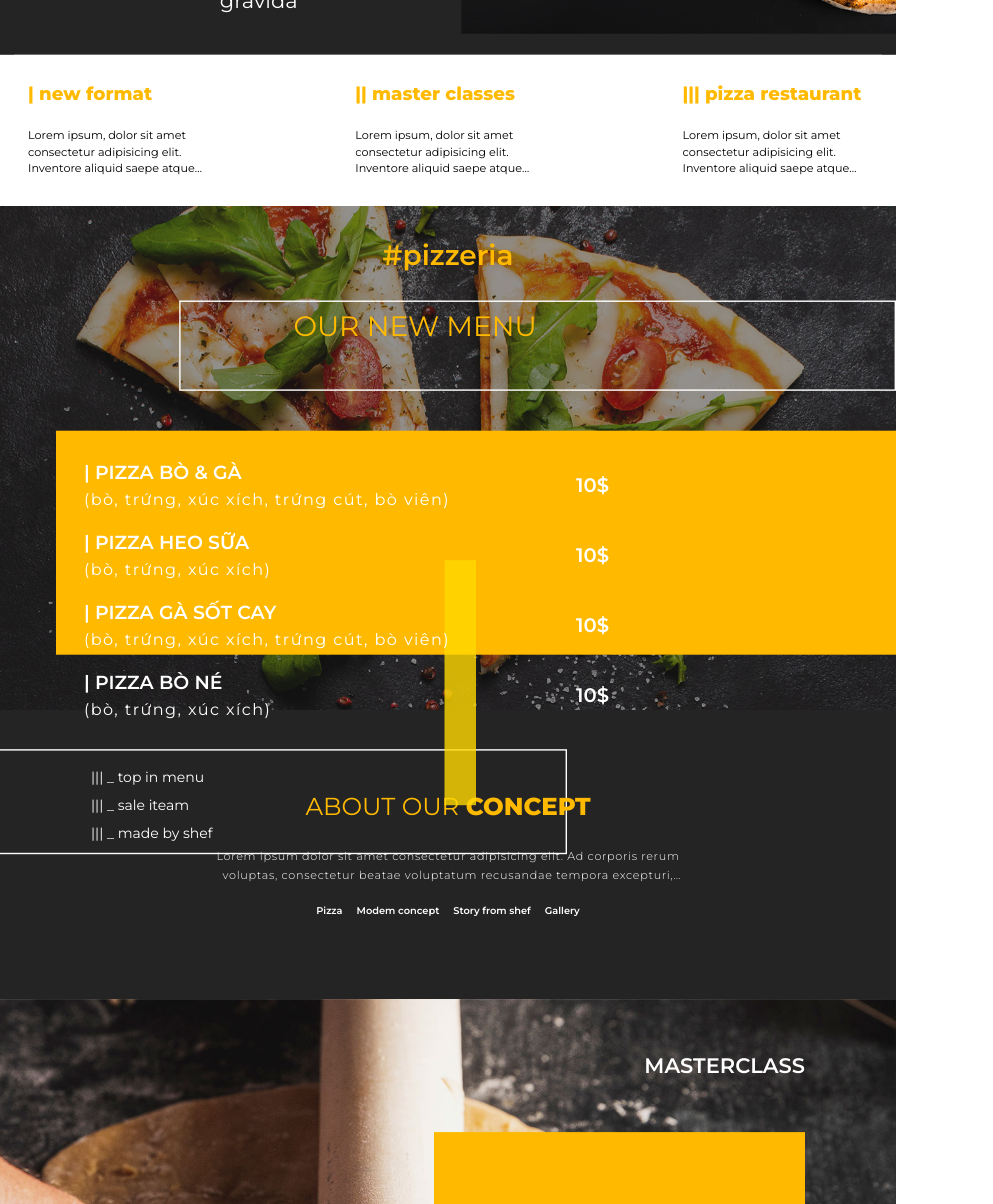
Repository: phu1204/pizzeria.github.io
Page: index.html
An editor plug-in stored every save of this project. The page is shown before and after the next save, followed by the edit.
The browser window is 1280 px wide. The page is 1419 px wide, so the pictures cover 1419 px, including what lies to the right of the window. The pictures show the part of the page from y = 1145 to 2865 px (the page is 4798 px tall), at 70% of full size.
The style sheet was rebuilt from its Sass, Less or Tailwind sources for each picture, by a compiler version that may differ from the author's.

Above is the page before, as saved 2021-07-29 22:01:26.

### index.html
<!DOCTYPE html>
<html lang="en">
  <head>
    <meta charset="UTF-8" />
    <meta http-equiv="X-UA-Compatible" content="IE=edge" />
    <meta name="viewport" content="width=device-width, initial-scale=1.0" />
    <title>#pizzeria</title>
    <link rel = "icon" href =
    "images/pizza.png"
            type = "image/x-icon">
    <link rel="preconnect" href="https://fonts.googleapis.com">
    <link rel="preconnect" href="https://fonts.gstatic.com" crossorigin>
    <link href="https://fonts.googleapis.com/css2?family=Montserrat:wght@300;400;600;800&display=swap" rel="stylesheet">
    <link rel="stylesheet" href="https://cdnjs.cloudflare.com/ajax/libs/font-awesome/5.15.3/css/all.min.css">
    <link rel="stylesheet" href="reset.css">
    <link rel="stylesheet" href="style.css">

  </head>
  <body>
      <div class="wrapper">
        <div class="container">
          <header id="header" class="header">
             <a href="#" class="header-logo">#pizzeria.</a>
             <nav class="header-menu">
               <ul class="header-list">
                 <li class="header-item"><a href="#menu" class="header-link">Menu</a></li>
                 <li class="header-item"><a href="#blog" class="header-link">Blog</a></li>
                 <li class="header-item"><a href="#about" class="header-link">About us</a></li>
                 <li class="header-item"><a href="#contact" class="header-link">Contacts</a></li>

               </ul>
               <i class="fas fa-times header-times"></i>
             </nav>
             <div class="header-info">
                <button href="" class="header-icon icon-search"><i class="fas fa-search"></i></button>
                <a href="" class="header-icon"><i class="fas fa-user"></i></a>
                <a href="" class="header-icon"><i class="fas fa-shopping-cart"></i></a>
             </div>
             <div class="header-bar">
                <i class="fas fa-bars"></i>
             </div>

             <div class="header-search">
                <input type="text" class="header-input" placeholder="Search">
             </div>
          </header>

          <section class="intro">
            <div class="intro-content">
              <div class="intro-title">
                <span class="intro-name intro--grand">grand</span>
                <span class="intro-name intro--opening">opening</span>
              </div>
              <a href="" class="button intro-button">read more</a>
            </div>
          </section>
        </div>

          <section  class="format">

            <div class="format-top">
                <div class="format-content">
                    <div class="format-title">new format</div>
                    <div class="format-info">
                      <h2 class="format-new">What new?</h2>
                      <ul class="format-list">
                        <li class="format-item">| Sed do eiusmod tempor incididunt ut Labore et</li>
                        <li class="format-item">| Dolore magna aliqua</li>
                        <li class="format-item">| Quis ipsum suspendisse ultrices gravida</li>
                      </ul>
                    </div>
                </div>
                <img src="images/format.png" alt="" class="format-img">
            </div>

            <div class="format-bottom  reveal">
              <div class="format-column">
                <h3 class="format-head">| new format</h3>
                <p class="fotmat-desc text">Lorem ipsum, dolor sit amet consectetur adipisicing elit. Inventore aliquid saepe atque quaerat ipsam tempore, quae perferendis laudantium esse architecto quas sint quia beatae id alias, sed dicta reprehenderit asperiores.</p>
              </div>
              <div class="format-column">
                <h3 class="format-head">|| master classes</h3>
                <p class="fotmat-desc text">Lorem ipsum, dolor sit amet consectetur adipisicing elit. Inventore aliquid saepe atque quaerat ipsam tempore, quae perferendis laudantium esse architecto quas sint quia beatae id alias, sed dicta reprehenderit asperiores.</p>
              </div>
              <div class="format-column">
                <h3 class="format-head">||| pizza restaurant</h3>
                <p class="fotmat-desc text">Lorem ipsum, dolor sit amet consectetur adipisicing elit. Inventore aliquid saepe atque quaerat ipsam tempore, quae perferendis laudantium esse architecto quas sint quia beatae id alias, sed dicta reprehenderit asperiores.</p>
              </div>
            </div>

          </section>

          <section id="menu" class="menu">
            <div class="menu-heading">
              <h2 class="menu-title  reveal">#pizzeria</h2>
              <p class="menu-order  reveal">our new menu</p>
            </div>
            <div class="menu-list  reveal">
              <div class="menu-item">
                <div class="menu-name">
                    <h3 class="menu-name-order"> | pizza bò & gà</h3>
                    <p class="menu-desc">(bò, trứng, xúc xích, trứng cút, bò viên)</p>
                </div>
                <p class="menu-price">10$</p>
              </div>
              <div class="menu-item">
                <div class="menu-name">
                    <h3 class="menu-name-order">| pizza heo sữa</h3>
                    <p class="menu-desc">(bò, trứng, xúc xích)</p>
                </div>
                <p class="menu-price">10$</p>
              </div>
              <div class="menu-item">
                <div class="menu-name">
                    <h3 class="menu-name-order">| pizza gà sốt cay</h3>
                    <p class="menu-desc">(bò, trứng, xúc xích, trứng cút, bò viên)</p>
                </div>
                <p class="menu-price">10$</p>
              </div>
              <div class="menu-item">
               <div class="menu-name">
                    <h3 class="menu-name-order">| pizza bò né</h3>
                    <p class="menu-desc">(bò, trứng, xúc xích)</p>
                </div>
                <p class="menu-price">10$</p>
              </div>
           </div>
           <div class="menu-bottom reveal">
             <p class="menu-hightlight">||| _ top in menu</p>
             <p class="menu-hightlight">||| _ sale iteam</p>
             <p class="menu-hightlight">||| _ made by shef</p>
           </div>

          </section>

          <section id="about"  class="about">
              <div class="about-body">
                <h2 class="about-title reveal">about our <span>concept</span></h2>
                <p class="about-desc text reveal">Lorem ipsum dolor sit amet consectetur adipisicing elit. Ad corporis rerum voluptas, consectetur beatae voluptatum recusandae tempora excepturi, temporibus quo veritatis ratione atque accusantium ea delectus eos harum culpa enim!</p>
                <ul class="about-list reveal">
                  <li class="about-item"><a href="">Pizza</a></li>
                  <li class="about-item"><a href="">Modem concept</a></li>
                  <li class="about-item"><a href="">Story from shef</a></li>
                  <li class="about-item"><a href="">Gallery</a></li>
                </ul>
              </div>
          </section>

          <section id="blog" class="class">
            <div class="class-content">
              <div class="class-name">
                <h1 class="class-caption reveal">masterclass</h1>
              </div>
              <div class="class-body reveal">
                <h2 class="class-heading">| the recipe for the most delicious pizza dough |</h2>
                <p class="class-desc">waiting for you</p>
                <div class="class-price">
                  <p class="class-info">price_<span>15$</span></p>
                  <p class="class-info">12:00-15:00</p>
                </div>
              </div>
                <a href="" class="class-button reveal">apply</a>
            </div>
          </section>

          <section id="contact" class="gallery ">
            <h2 class="gallery-heading reveal">gallery</h2>
            <div class="gallery-img ">
              <img src="./images/pizzaleft.jpg" alt="" class="gallery-img-item reveal">
              <img src="./images/pizzacenter.jpg" alt="" class="gallery-img-item reveal">
              <img src="./images/pizzaright.jpg" alt="" class="gallery-img-item reveal">
            </div>

            <div class="gallery-bottom">
              <h2 class="gallery-title">#pizzeria.</h2>
              <div class="gallery-content">
                <div class="gallery-desc reveal">Lorem ipsum dolor sit amet consectetur, adipisicing. Dolores dolorum, quia consectetur iste officia eligendi! consectetur nemo, reiciendis repudiandae nesciunt dolor id numquam laborum temporibus fuga</div>

              <div class="gallery-contact">
                <div class="gallery-social reveal">
                  <p class="gallery-block">| find us here</p>
                  <div class="gallery-link">
                    <i class="fab fa-instagram"></i>

                    <i class="fab fa-facebook"></i>

                    <i class="fab fa-twitter"></i>

                    <i class="fab fa-whatsapp"></i>

                    <i class="fab fa-google"></i>
                  </div>

                </div>

                <div class="gallery-info reveal">
                  <p class="gallery-block">| ask us here</p>
                  <a href="" class="gallery-web">www.#pizzeria.com</a>

                </div>
              </div>
            </div>
          </div>
          </section>

          <a href="#" class="ontop" >
            <i class="fas fa-arrow-up"></i>
          </a>

          <footer id="footer" class="footer ">
            <div class="footer-about footer-repon reveal">
              <h3 class="footer-title">about</h3>
              <p class="footer-desc text">
                Lorem ipsum dolor, sit amet consectetur adipisicing elit. Amet magnam laudantium fuga sed aliquid doloremque quos repellendus quis. Est non laboriosam incidunt recusandae, sed natus dignissimos eaque pariatur culpa esse.
              </p>

            </div>

              <div class="footer-item footer-repon reveal">
                <h3 class="footer-title">menu</h3>

                <ul>
                  <li class="footer-link"><a href="" class="footer-item-link">Team</a></li>
                  <li class="footer-link"><a href="" class="footer-item-link">Join us</a></li>
                  <li class="footer-link"><a href="" class="footer-item-link">Ethic</a></li>
                  <li class="footer-link"><a href="" class="footer-item-link">Goals</a></li>
                </ul>
              </div>

              <div class="footer-item footer-repon reveal">
                <h3 class="footer-title">shef</h3>
                <ul>
                  <li class="footer-link"><a href="" class="footer-item-link">Team</a></li>
                  <li class="footer-link"><a href="" class="footer-item-link">Join us</a></li>
                  <li class="footer-link"><a href="" class="footer-item-link">Ethic</a></li>
                  <li class="footer-link"><a href="" class="footer-item-link">Goals</a></li>
                </ul>
              </div>

              <div class="footer-item footer-repon reveal">
                <h3 class="footer-title">contact</h3>
                <ul>
                  <li class="footer-link"><a href="" class="footer-item-link">Team</a></li>
                  <li class="footer-link"><a href="" class="footer-item-link">Join us</a></li>
                  <li class="footer-link"><a href="" class="footer-item-link">Ethic</a></li>
                  <li class="footer-link"><a href="" class="footer-item-link">Goals</a></li>
                </ul>
              </div>
        </footer>

      </div>
    <script type="text/javascript" src="https://cdnjs.cloudflare.com/ajax/libs/jquery/3.6.0/jquery.min.js"></script>
    <script src="js/main.js"></script>
    <script src="js/search.js"></script>

  </body>
</html>

### reset.css
html,
body,
div,
span,
applet,
object,
iframe,
h1,
h2,
h3,
h4,
h5,
h6,
p,
blockquote,
pre,
a,
abbr,
acronym,
address,
big,
cite,
code,
del,
dfn,
em,
img,
ins,
kbd,
q,
s,
samp,
small,
strike,
strong,
sub,
sup,
tt,
var,
b,
u,
i,
center,
dl,
dt,
dd,
ol,
ul,
li,
fieldset,
form,
label,
legend,
table,
caption,
tbody,
tfoot,
thead,
tr,
th,
td,
article,
aside,
canvas,
details,
embed,
figure,
figcaption,
footer,
header,
hgroup,
menu,
nav,
output,
ruby,
section,
summary,
time,
mark,
audio,
video {
  margin: 0;
  padding: 0;
  border: 0;
  font-size: 100%;
  font: inherit;
  vertical-align: baseline;
}
/* HTML5 display-role reset for older browsers */
article,
aside,
details,
figcaption,
figure,
footer,
header,
hgroup,
menu,
nav,
section {
  display: block;
}
body {
  line-height: 1;
}
ol,
ul {
  list-style: none;
}
blockquote,
q {
  quotes: none;
}
blockquote:before,
blockquote:after,
q:before,
q:after {
  content: "";
  content: none;
}
table {
  border-collapse: collapse;
  border-spacing: 0;
}
*,
*:before,
*:after {
  box-sizing: border-box;
}
/* using rem unit */
html {
  font-size: 62.5%;
}
a {
  text-decoration: none;
  color: white;
}
img {
  display: block;
  max-width: 100%;
}
body {
  font-family: "Montserrat", sans-serif;
  font-size: 16px;
  line-height: 1;
}
input,
button,
textarea,
select {
  outline: none;
  font-family: "Montserrat", sans-serif;
  font-size: 16px;
  line-height: 1;
}
input {
  line-height: normal;
}
button {
  cursor: pointer;
  border: none;
  outline: none;
  background-color: transparent;
}

### style.scss
@import"scss/global";
@import"scss/header";
@import"scss/variables";
@import"scss/intro";
@import"scss/format";
@import"scss/menu";
@import"scss/about";
@import"scss/class";
@import"scss/gallery";
@import"scss/footer";
@import"scss/animation";

### scss/_global.scss
.container{
  background: url(./images/hero-img.jpg) no-repeat center/cover;
  width: 100%;
  margin: 0 auto;
  height: 100vh;
  position: relative;
}

html{
  scroll-behavior: smooth;
  -webkit-overflow-scrolling: touch;
}

.wrapper{
  max-width: 100%;
  position: relative;

}

.button{
  padding: 20px 40px;
  border: 4px solid #fff;
  font-size: 30px;
  text-transform: uppercase;
  color: white;
  font-weight: 600;
}

.text{
  font-weight: 300;
  font-size: 16px;
  margin-top: 35px;
  line-height: 1.5;
  color: black;
  font-weight: 400;
  display:-webkit-box;
  -webkit-line-clamp:3;
  -webkit-box-orient: vertical;
  overflow: hidden;
  text-overflow: ellipsis;
  word-break: break-word;
}

@media screen and (max-width: 1279px) {
  .container {

      background-position: top;
      height: 960px;
  }
}

@media screen and (max-width: 1023px) {
  .container {
    background-position: top;
    height: 960px;
}
}

@media screen and (max-width: 767px) {
  .container {
    background-size: auto 800px;
    background-position: center;
    height: 800px;
    background-color: #242424;
}
}


.reveal{
  opacity: 0;
  transform: translateY(100%);
  transition: all 0.4s linear;
}

.reveal.active{
  opacity: 1;
  transform: translateY(0);
  transition: all 0.3s linear;
  // .gallery-title::before{
  //     display: none;
  // }
}

.ontop{
  position: fixed;
  right: 60px;
  z-index: 99;
  bottom: 80px;
  width: fit-content;
  background-color: #ffba00;
  border-radius: 100rem;
  cursor: pointer;
  i{
     padding: 18px;
     font-size: 15px;
     color: white;
  }
  display: none;
  animation: bottotop 0.4s linear;
}

@media screen and (max-width: 1023px) {
  .ontop{
    right: 30px;
  }
}

### scss/_variables.scss
$black-gray: #242424;

### scss/_menu.scss
.menu{
  background: url(./images/menu.jpg) no-repeat center/cover;
  width: 100%;
  height: 100vh;
  position: relative;
  display: flex;
  flex-direction: column;
  align-items: center;
  padding: 50px 0;
  color: white;
  &-heading{
      width: 100%;
      text-align: center;
  }
  &-title{
      font-size: 40px;
      color: #ffba00;
      margin-bottom: 45px;
      font-weight: 600;
  }

  &-order{
    font-size: 40px;
    color: #ffba00;
    width: 80%;
    text-align: center;
    padding: 15px 350px 70px 0;
    margin-left: auto;
    border: 2px solid white;
    text-transform: uppercase;
    margin-bottom: 12px;
  }

  &-list {
      width: 1200px;
      margin-left: auto;
      padding: 60px 50px 0 40px;
      margin-bottom: 50px;
      position: relative;
      z-index: 2;
      max-width: 100%;
  }

  &-list::before{
    content: "";
    position: absolute;
    width: 100%;
    height: 320px;
    background-color: #ffba00;
    z-index: -2;
    // transform: translate(-50%,-50%);
    top: 45px;
    left: 0;
    }

    &-list::after{
        content: "";
        position: absolute;
        width: 45px;
        height: 350px;
        background-color: rgba(255, 217, 0, 0.801);

        top: 50%;
        right:  50%;
        z-index: -1;
    }

  &-item{
      display: flex;
      align-items: center;
      justify-content: space-between;
      line-height: 1.5;
      width: 750px;
      max-width: 100%;
  }

  &-desc{
      font-size: 23px;
      letter-spacing: 2px;
  }

  &-name-order{
      text-transform: uppercase;
      font-size: 27px;
      font-weight: 600;
  }

  &-item{
        margin-top: 25px;
  }

  &-price{
      font-size: 28px;
      font-weight: 600;
  }

  &-bottom{
    width: 1100px;
    margin-left: auto;
    padding-top: 20px;

    margin-bottom: 70px;
    position: relative;
    right: 50px;
  }

  &-bottom::before{
    content: "";
    position: absolute;
    background-color: transparent;
    width: 1000px;
    height: 150px;
    border: 2px solid white;
    transform: translate(-32%,-20%);
  }

  &-hightlight{
      font-size: 20px;
  }

  &-hightlight:not(:first-child){
    margin-top: 20px;
}

  @media screen and (max-width: 1279px) {
    height: 80vh;
    &-bottom{
      padding-left: 50px;
      margin-right: auto;
      right: 0;
    }

    &-title{
      margin-bottom: 50px;
    }
    &-order{
      margin-bottom: 40px;
    }

    &-list{
      margin-bottom: 120px;
    }
  }

  @media screen and (max-width: 1023px) {
      height: 85vh;
      &-title{
        margin-bottom: 50px;
      }
      &-order{
        margin-bottom: 0;
        padding: 15px 195px 50px 0;
        font-size: 35px;
      }

      &-name-order{
        font-size: 22px;
      }
      &-list{
        margin-bottom: 70px;
        padding-top: 65px;
      }
      &-list::before{
        height: 280px;
      }
      &-item{
        width: 650px;
        margin-top: 20px;
      }
      &-desc{
        font-size: 18px;
      }
      &-bottom::before{
        width: 750px;
      }

  }

  @media screen and (max-width: 767px) {
    height: 100vh;
    &-heading{
      padding: 0 5px;
    }
    &-order{
      padding: 5px 5px;
      width: 100%;
      font-size: 30px;
    }
    &-desc{
      display: none;
    }
    &-list{
        padding: 50px 25px 0 10px;
        max-width: 100%;
    }
    &-list::after{
      height: 310px;
      top: 10%;
      right: 3%;
    }
    &-bottom{
      max-width: 100%;
    }
    &-bottom::before{
      max-width: 100%;
      transform: none;
      left: 0;
      top: 0;
    }
  }




}

### scss/_about.scss
.about{
    padding: 120px 20px;
    display: flex;
    flex-direction: column;
    justify-content: center;
    align-items: center;
    text-align: center;
    background-color: #242424;
    max-width: 100%;
    &-body{
        width: 700px;
    }
    &-title{
        margin-bottom: 40px;
        font-size: 35px;
        text-transform: uppercase;
        color: #ffba00;
        span{
            font-weight: 800;

        }
    }

    &-desc{
        margin-bottom: 30px;
        font-weight: 200;
        line-height: 1.7;
        display:-webkit-box;
        -webkit-line-clamp:2;
        -webkit-box-orient: vertical;
        overflow: hidden;
        text-overflow: ellipsis;
        word-break: break-word;
        color: white;
        letter-spacing: 1px;
    }

    &-list{
        display: flex;
        align-items: center;
        justify-content: center;
    }

    &-item{
        margin: 0 10px;
        font-size: 14px;
        font-weight: 600;
    }
    @media screen and (max-width: 767px) {
        padding: 100px 20px;
        &-body{
            max-width: 100%;
        }
        &-item{
            font-size: 10px;
        }

    }

}

### scss/_footer.scss
.footer {
  padding: 70px 100px;
  color: white;
  display: flex;
  align-items: center;
  justify-content: center;
  background-color: #483500;
  max-width: 100%;
  flex-wrap: wrap;

  &-about{
      width: 280px;
      margin-right: 180px;
  }

  &-item:not(:last-child){
      margin-right: 150px;
  }
  &-item{
      line-height: 1.5;
  }

  &-desc{
      color: white;
      line-height: 1.5;
  }

  &-title{
      margin-bottom: 35px;
      font-size: 17px;
      font-weight: 600;
      text-transform: uppercase;
  }
  @media screen and (max-width: 767px) {
      padding: 0 0 0 10px;
    //   gap: 10px;
    &-title {
        margin-bottom: 10px;
    }
    &-repon{
        flex: 1 1 50%;
        width: 100%;
        padding: 10px;
    }
    &-about{
        margin-right: 0;
    }
    &-item:not(:last-child){
        margin-right: 0;
    }
  }

}

### scss/_animation.scss
@keyframes lefttoright{
    from{
        opacity: 0;
        transform: translateX(-100%);
    }
    to{
        opacity: 1;
        transform: translateX(0);
     }
}

@keyframes righttoleft{
    from{
        opacity: 0;
        transform: translateX(100%);
    }
    to{
        opacity: 1;
        transform: translateX(0);
     }
}

@keyframes bottotop{
    from{
        opacity: 0;
        transform: translateY(100%);
    }
    to{
        opacity: 1;
        transform: translateX(0);
     }
}

@keyframes toptobot{
    from{
        opacity: 0;
        transform: translateY(-200%);
    }
    to{
        opacity: 1;
        transform: translateX(0);
     }
}

@keyframes fadeOut{
    from{
        opacity: 0;
        transform: scale(1);
    }
    to{
        opacity: 1;
        transform: scale(0);
     }
}

Loaded but not shown: js/main.js (59 lines, source omitted); js/search.js (6 lines, source omitted); scss/_header.scss (236 lines, source omitted); scss/_format.scss (210 lines, source omitted); scss/_gallery.scss (165 lines, source omitted); scss/_intro.scss (107 lines, source omitted); scss/_class.scss (102 lines, source omitted)

After the next save:
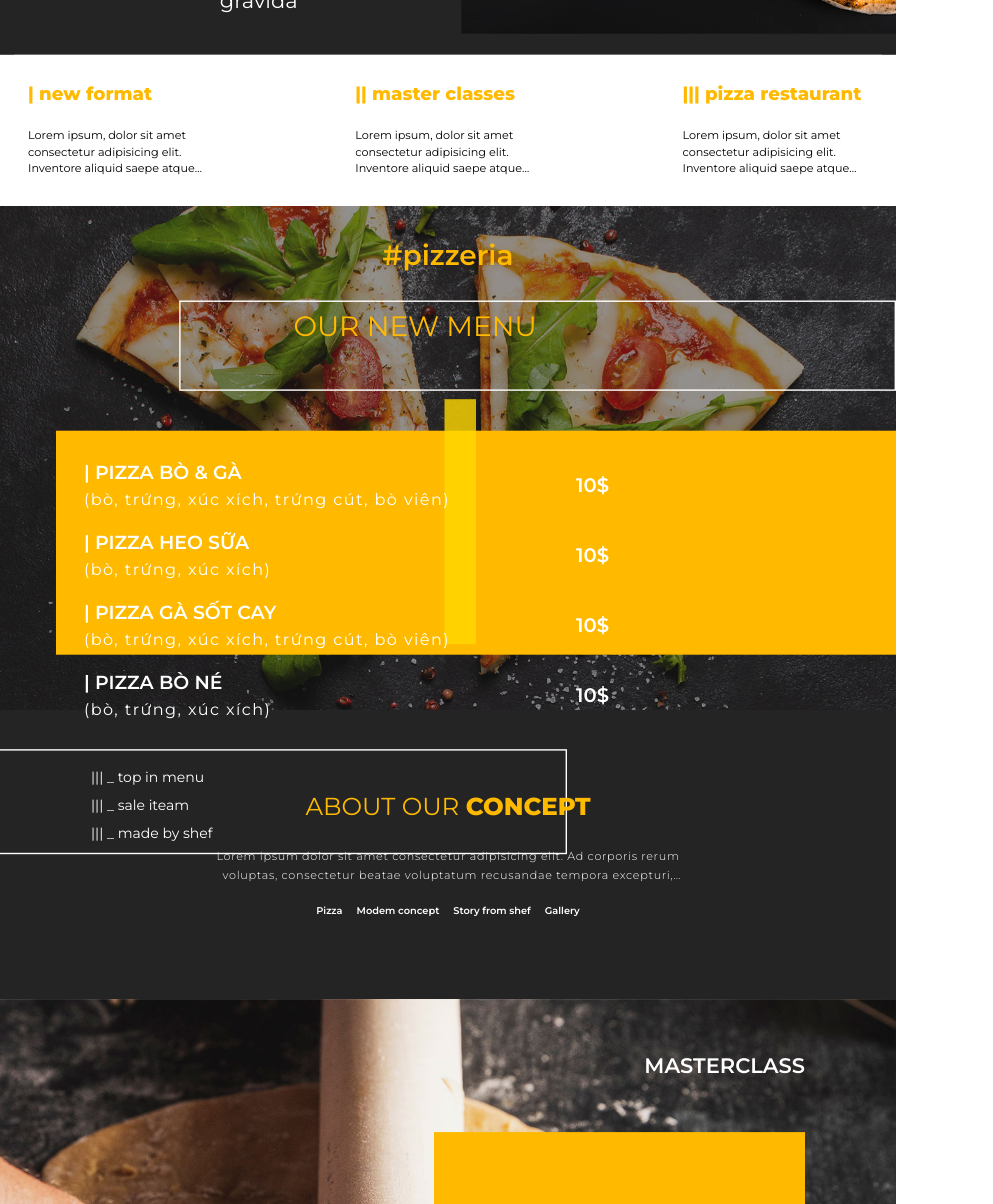
Saved 11 s later.
--- a/scss/_menu.scss
+++ b/scss/_menu.scss
@@ -60,7 +60,7 @@
         height: 350px;
         background-color: rgba(255, 217, 0, 0.801);
 
-        top: 50%;
+        top: 0;
         right:  50%;
         z-index: -1;
     }
